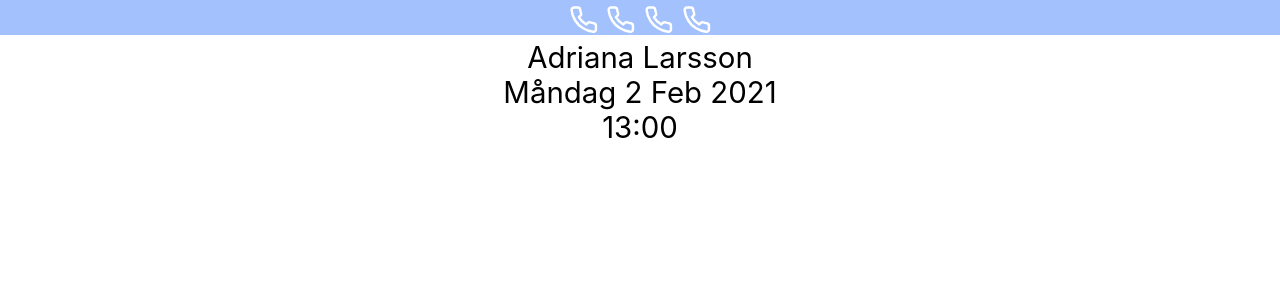
Repository: AdrianaLarsson/learning-react-adriana
Page: /
An editor plug-in stored every save of this project. The page is shown before and after a run of saves, followed by the edit.
The browser window is 1280 px wide. The pictures show the whole page.
The project was rebuilt for these pictures with package versions that can differ from the ones it lists, and the page was loaded fresh each time. Also part of the build but not shown: src/components/pixiLearn/pixi-learning.js, src/components/pixiLearn/reactTimline/timelinegant.js.

Above is the page before, as saved 2021-02-17 13:23:27.

### src/App.js
import './App.css';
import PixiLearning from './components/pixiLearn/pixi-learning'
import TimeLineGant from './components/pixiLearn/reactTimline/timelinegant'
import SjWaypoint from './components/pixiLearn/waypoint-mobile/sjwaypiont'

function App() {
  return (
    <div className="App">
      <header className="App-header">
       {/*  <TimeLineGant/> */}

           {/*   <PixiLearning/> */}
           <SjWaypoint/>
      </header>
    </div>
  );
}

export default App;

### src/App.css
.App {
  text-align: center;
}

.navbar {
  background-color: #a2c1fd;
  height: 30px;
  padding-top: 5px;
  display: flex;
  flex-direction: column;
  align-items: center;
  font-size: calc(15px + 2vmin);
  color: white;
}
.box{
  background-color: #ffffff;
  height: 30px;
  padding-top: 5px;
  display: flex;
  flex-direction: column;
  align-items: center;
  font-size: calc(15px + 2vmin);
  color: rgb(0, 0, 0);

}

/* .App {
  text-align: center;
}

.App-logo {
  height: 40vmin;
  pointer-events: none;
}

@media (prefers-reduced-motion: no-preference) {
  .App-logo {
    animation: App-logo-spin infinite 20s linear;
  }
}

.App-header {
  background-color: #282c34;
  min-height: 100vh;
  display: flex;
  flex-direction: column;
  align-items: center;
  justify-content: center;
  font-size: calc(10px + 2vmin);
  color: white;
}

.App-link {
  color: #61dafb;
}

@keyframes App-logo-spin {
  from {
    transform: rotate(0deg);
  }
  to {
    transform: rotate(360deg);
  }
}
 */

### src/components/pixiLearn/waypoint-mobile/sjwaypiont.js
import React from 'react'
import Navbaren from './navbaren'
import BoxNameDayTime from './box-name-day-time'

function sjwaypiont() {
    return (
        <div>
          <Navbaren/>
            <BoxNameDayTime/>
        </div>
    )
}

export default sjwaypiont

### src/components/pixiLearn/waypoint-mobile/navbaren.js
import React from 'react'
import { FiPhone } from "react-icons/fi";


function navbaren() {
    return (
      <div className="navbar">
          <div className="navbar-container container">
           <FiPhone /> <FiPhone /> <FiPhone /> <FiPhone />
          </div>

      </div>
    )
}

export default navbaren

### src/components/pixiLearn/waypoint-mobile/box-name-day-time.js
import React from 'react'
import Container from "react-bootstrap/Container";
import Row from "react-bootstrap/Row";
import Col from "react-bootstrap/Col"

function boxNameDayTime() {
    return (
<Container className="box">
  <Row>
    <Col>Adriana Larsson</Col>
    <Col>Måndag 2 Feb 2021</Col>
    <Col>13:00</Col>
  </Row>
</Container>

    )
}

export default boxNameDayTime;

Loaded but not shown: public/index.html (common file); src/index.js (common file); src/index.css (common file); src/reportWebVitals.js (common file)

After the next 2 saves:
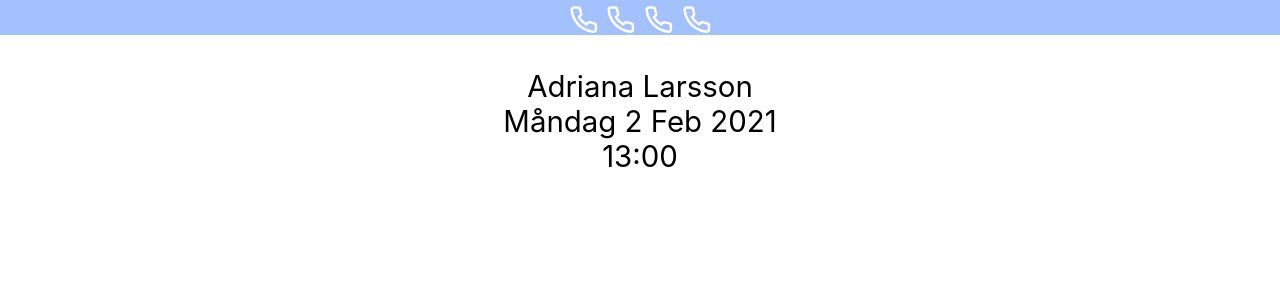
The 2 saves are shown as one change because they came seconds apart.
The last was saved 35 s later.
--- a/src/components/pixiLearn/waypoint-mobile/box-name-day-time.js
+++ b/src/components/pixiLearn/waypoint-mobile/box-name-day-time.js
@@ -7,7 +7,7 @@ function boxNameDayTime() {
     return (
 <Container className="box">
   <Row>
-    <Col>Adriana Larsson</Col>
+    <Col><p></p>Adriana Larsson</Col>
     <Col>Måndag 2 Feb 2021</Col>
     <Col>13:00</Col>
   </Row>
